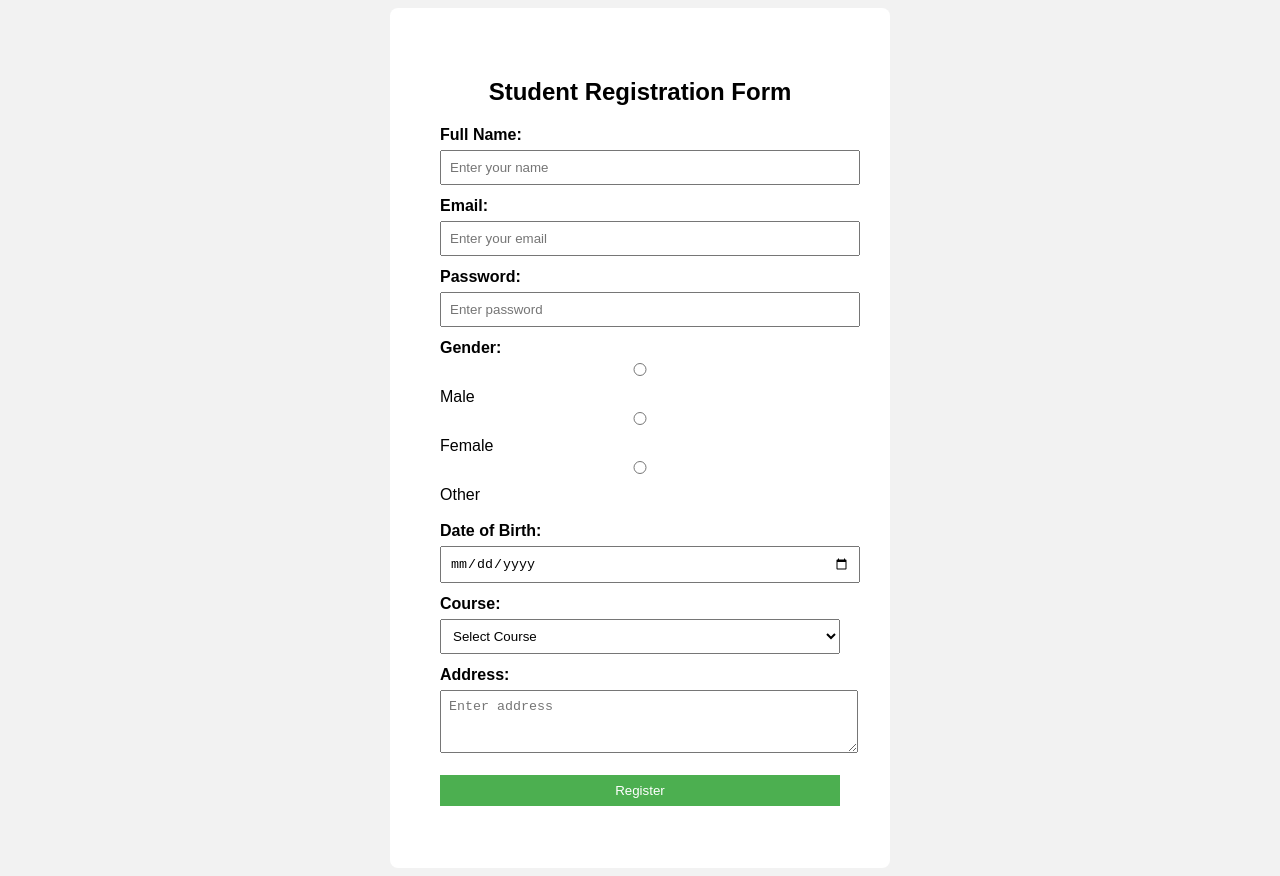
Repository: Tanvisalunkhe/Java_Codes
Page: demo/src/main/webapp/register.html
An editor plug-in stored every save of this project. The page is shown before and after the next save, followed by the edit.
The browser window is 1280 px wide. The pictures show the whole page.

Above is the page before, as saved 2025-12-26 06:29:27.

### demo/src/main/webapp/register.html
<!DOCTYPE html>
<html>
<head>
    <title>Student Registration Form</title>
    <style>
        body {
            font-family: Arial, sans-serif;
            background-color: #f2f2f2;
        }
        .container {
            width: 400px;
            margin: auto;
            background: white;
            padding: 50px;
            border-radius: 8px;
        }
        h2 {
            text-align: center;
        }
        label {
            font-weight: bold;
        }
        input, select, textarea {
            width: 100%;
            padding: 8px;
            margin: 6px 0 12px 0;
        }
        input[type="submit"] {
            background-color: #4CAF50;
            color: white;
            border: none;
            cursor: pointer;
        }
        input[type="submit"]:hover {
            background-color: #45a049;
        }
    </style>
</head>

<body>

<div class="container">
    <h2>Student Registration Form</h2>

    <form action="register" method="post">
        <label>Full Name:</label>
        <input type="text" name="name" placeholder="Enter your name" required>

        <label>Email:</label>
        <input type="email"name="email" placeholder="Enter your email" required>

        <label>Password:</label>
        <input type="password" name="pass" placeholder="Enter password" required>

        <label>Gender:</label>
        <input type="radio" name="gender" required> Male
        <input type="radio" name="gender"> Female
        <input type="radio" name="gender"> Other

        <br><br>

        <label>Date of Birth:</label>
        <input type="date" name="date" required>

        <label>Course:</label>
        <select name="course">
            <option>Select Course</option>
            <option>BCA</option>
            <option>BSc</option>
            <option>BCom</option>
            <option>BA</option>
            <option>MCA</option>
        </select>

        <label>Address:</label>
        <textarea rows="3"name="add" placeholder="Enter address"></textarea>

        <input type="submit" value="Register">
    </form>
</div>

</body>
</html>

After the next save:
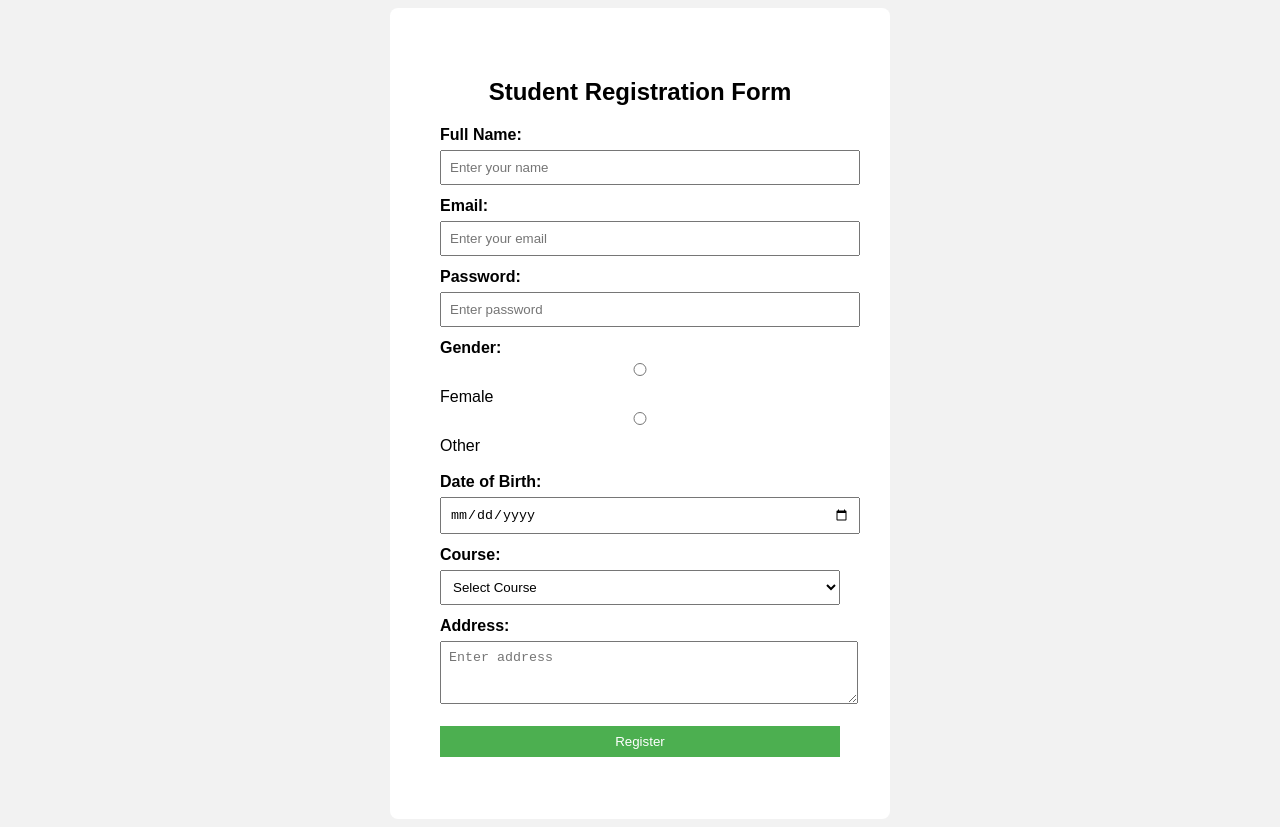
Saved 3 min 25 s later.
--- a/demo/src/main/webapp/register.html
+++ b/demo/src/main/webapp/register.html
@@ -53,7 +53,7 @@
         <input type="password" name="pass" placeholder="Enter password" required>
 
         <label>Gender:</label>
-        <input type="radio" name="gender" required> Male
+        <input type="radio" name="gender" value="required> Male
         <input type="radio" name="gender"> Female
         <input type="radio" name="gender"> Other
 

After the save that followed:
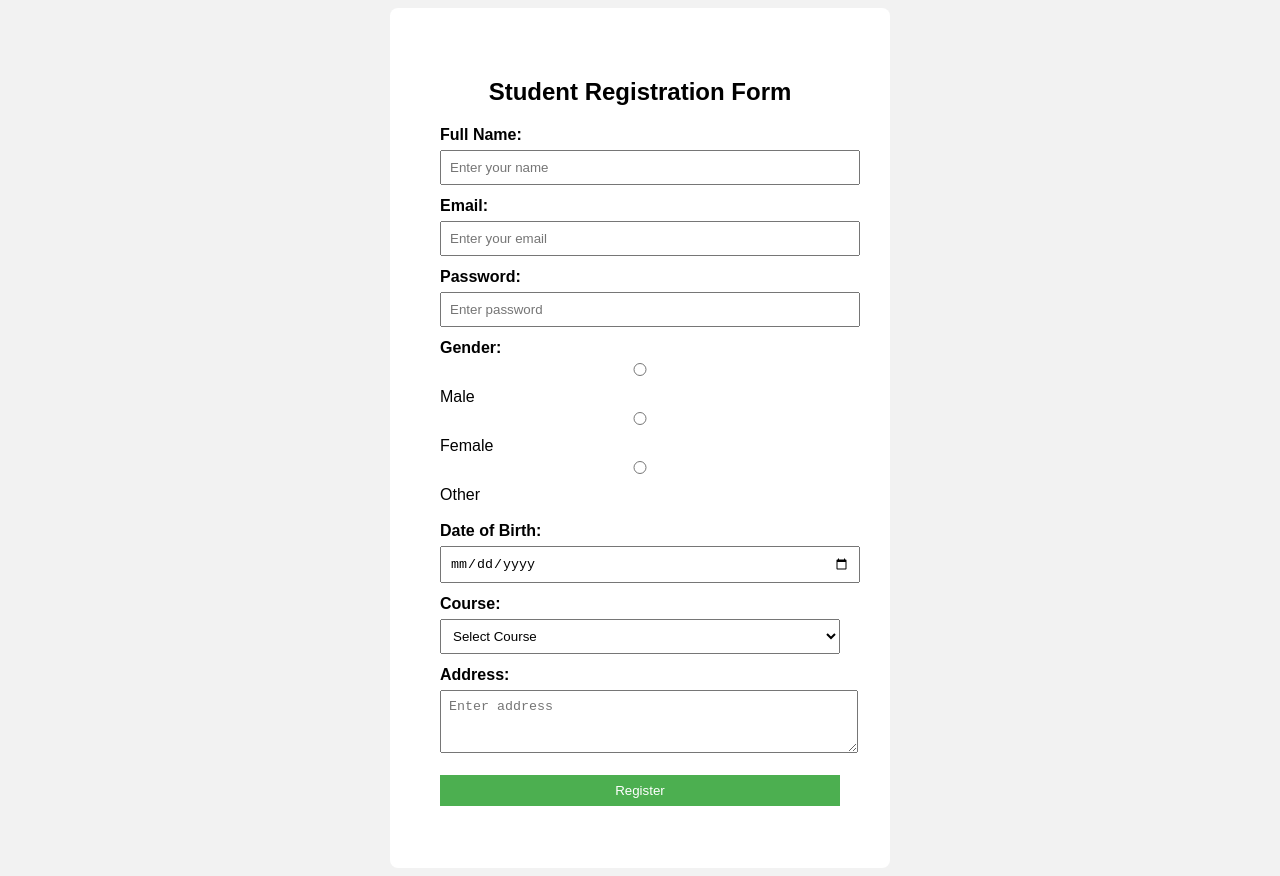
Saved 5 s later.
--- a/demo/src/main/webapp/register.html
+++ b/demo/src/main/webapp/register.html
@@ -53,7 +53,7 @@
         <input type="password" name="pass" placeholder="Enter password" required>
 
         <label>Gender:</label>
-        <input type="radio" name="gender" value="required> Male
+        <input type="radio" name="gender" value="Male"required> Male
         <input type="radio" name="gender"> Female
         <input type="radio" name="gender"> Other
 
